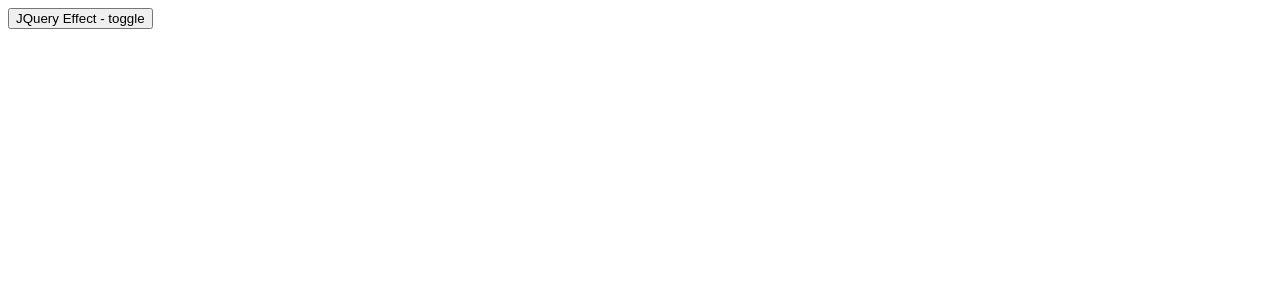
Repository: Junhee1412/front_end_practice
Page: jquery, bootstrap/js03_effect/public/js01_basic.html
These files come from the project's save history. The page is drawn as it stood at one moment and after the next save; the edit follows.
The browser window is 1280 px wide. The pictures show the whole page.
After loading, the first visible `button` was clicked once.

Above is the page before, as saved 2022-11-15 03:01:25.

### jquery, bootstrap/js03_effect/public/js01_basic.html
<!DOCTYPE html>
<html>
<head>
	<meta charset="UTF-8">
	<title>Insert title here</title>
		<script src="./js/jquery-3.6.1.min.js"></script>
	<script>
		/*
			JQuery Effect

			A. effect method

			show()        : 문서객체를 보이기
			hide()        : 문서객체를 감추기
			toggle()      : show, hide를 번갈아 수행하기
			slideDown()   : 슬라이딩 효과를 보이게하는 것
			slideUp()     : 슬라이딩 효과를 감추기
			slideToggle() : slideUp, slideDown을 번갈아 수행하기
			fadeIn()      : 서서히 보이기
			fadeOut()     : 서서히 감추기
			fadeToggle()  : fadeIn, fadeOut을 번갈아 수행하기

			B. effect 4가지 형태

			1. $(선택자).method()
			2. $(선택자).method(speed) : slow, normal, fast, ms(숫자)
			3. $(선택자).method(speed, callback) : 끝나면 callback을 실행되라.
			4. $(선택자).method(speed, easing, callback) : 애니메이션효과(잘사용하진 않음.)

		*/
		$(function(){
			$('button').click(function() {
				$('.page').toggle(1000);
			});
		});
	</script>
</head>
<body>
	<button>JQuery Effect - toggle</button>
	<div class="page">
		<h1>[단독] 경기도, 對北 밀가루 지원금 10억 줬다는데… 8억 증발 미스터리</h1>
		<p>이재명 민주당 대표가 경기지사 재직 때인 2019년 경기도가 대북 교류 단체 ‘아태평화교류협회(아태협)’에 지원한 15억원 가운데 8억원의 행방이 묘연한 것으로 전해졌다. 당시 경기도는 북한 어린이 급식용 밀가루 지원 사업비 10억원, 미세 먼지 저감용 묘목 지원 사업비 5억원 등 총 15억원을 지급했다고 한다.</p>
	</div>
</body>
</html>

Loaded but not shown: jquery, bootstrap/js03_effect/public/js/jquery-3.6.1.min.js (library)

After the next save:
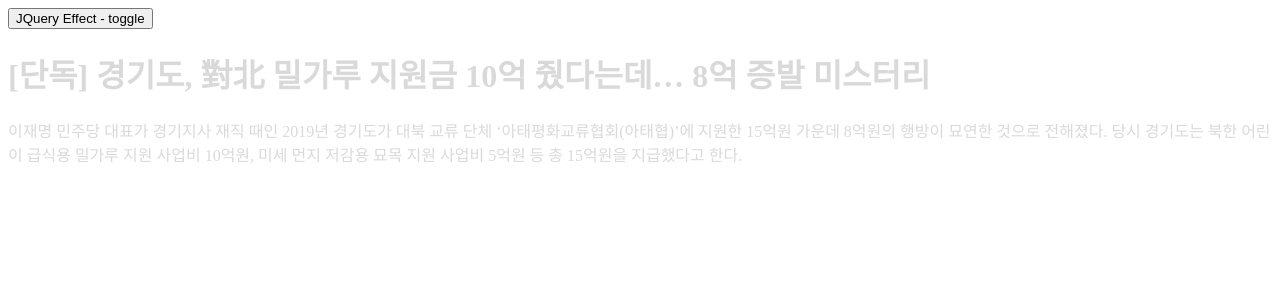
Saved 2 min 35 s later.
--- a/jquery, bootstrap/js03_effect/public/js01_basic.html
+++ b/jquery, bootstrap/js03_effect/public/js01_basic.html
@@ -32,6 +32,13 @@
 			$('button').click(function() {
 				$('.page').toggle(1000);
 			});
+		$(function(){
+			$('button').click(function(){
+				$('.page').fadeToggle(2000, function(){
+					alert('JJJ');
+				})
+			})
+		});
 		});
 	</script>
 </head>
